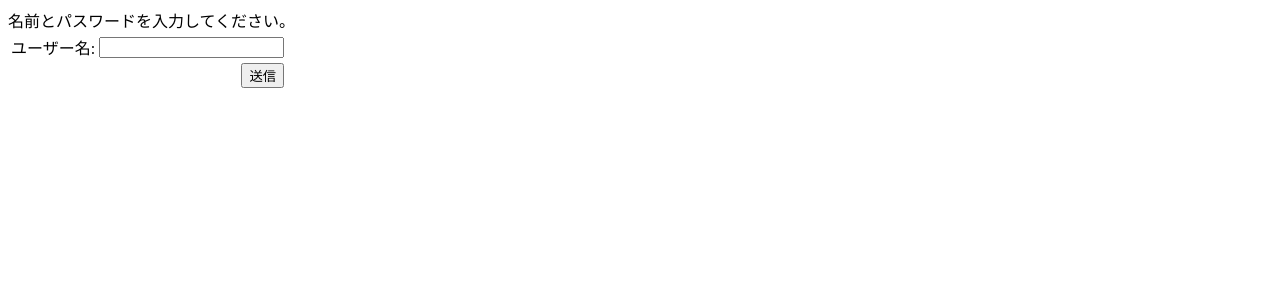
Repository: takano-yoko/test
Page: http://localhost/WebProj/welcome.jsp
These files come from the project's save history. The page is drawn as it stood at one moment and after the next save; the edit follows.
The browser window is 1280 px wide. The pictures show the whole page.
The page is served by Tomcat 9.

Above is the page before, as saved 2019-03-22 10:16:56.

After the next save:
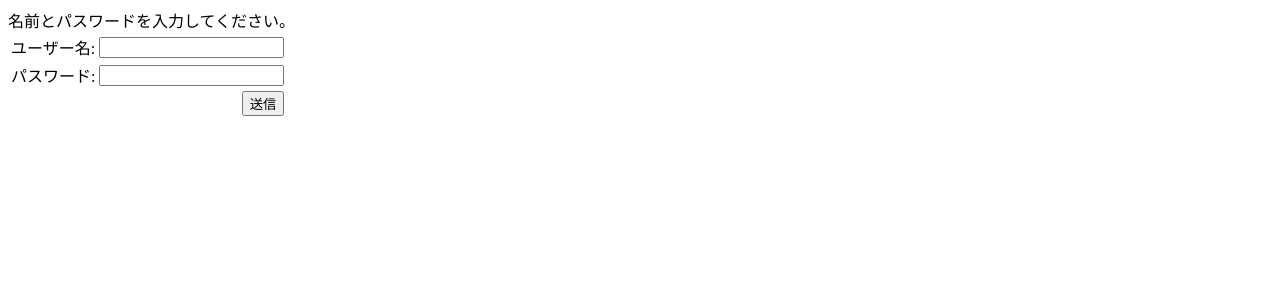
Saved 4 min 9 s later.
--- a/WebProj/WebContent/welcome.jsp
+++ b/WebProj/WebContent/welcome.jsp
@@ -11,6 +11,7 @@
 名前とパスワードを入力してください。
 <s:form method="post" action="LoginAction">
 <s:textfield name="username" label="ユーザー名"/>
+<s:password name="password" label="パスワード"/>
 <s:submit value="送信"/>
 
 </s:form>
